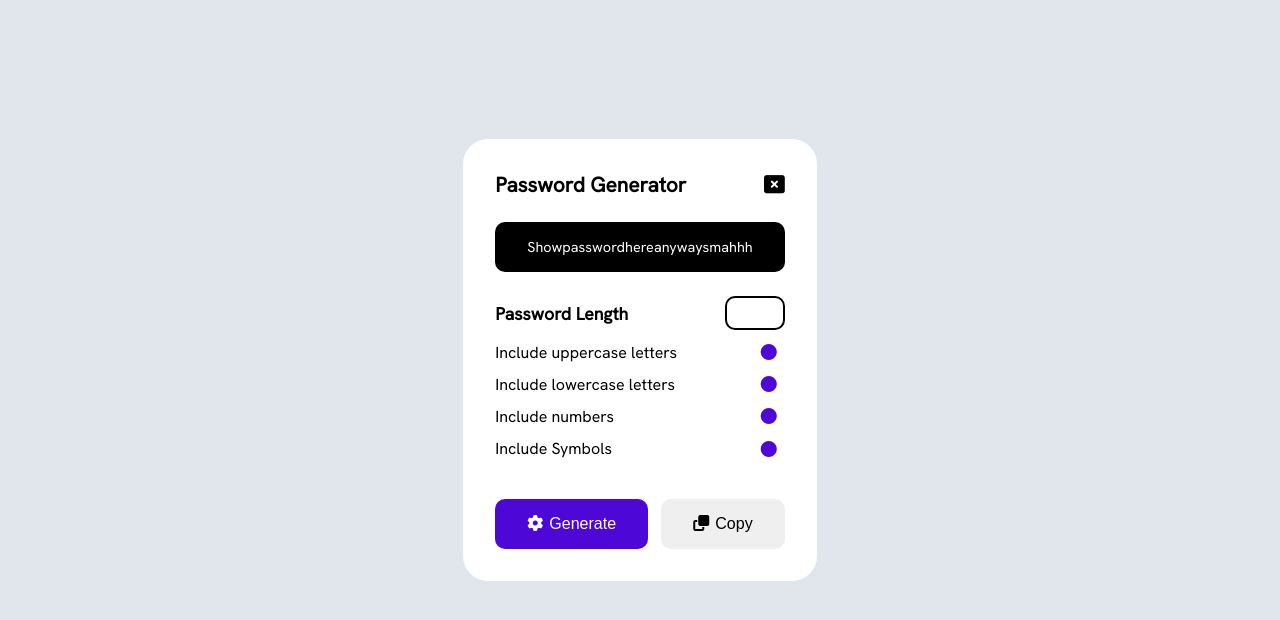
Repository: emiliaiwu/password_generator
Page: index.html
These files come from the project's save history. The page is drawn as it stood at one moment and after the next save; the edit follows.
The browser window is 1280 px wide. The pictures show the whole page.
Some web libraries are served in a nearby version.

Above is the page before, as saved 2022-12-14 04:48:34.

### index.html
<!DOCTYPE html>
<html lang="en">
<head>
    <meta charset="UTF-8">
    <meta http-equiv="X-UA-Compatible" content="IE=edge">
    <meta name="viewport" content="width=device-width, initial-scale=1.0">
    <link rel="stylesheet" href="style.css">
    <script src="https://kit.fontawesome.com/fd9c36575f.js" crossorigin="anonymous"></script>
    <title>Password Generator</title>
</head>
<body>
    <div class="container">
        <div class="title">
            <h2>Password Generator</h2>
            <i class="fa-solid fa-rectangle-xmark"></i>
        </div>

        <div class="display_password">
            <p>Showpasswordhereanywaysmahhh</p>
        </div>

        <div class="password_attributes">
            <div class="password_length">
                <h3>Password Length</h3>
                <input type="text">
            </div>

            <div class="password_includes">
                <ul>
                    <li class="list">
                        <label for="uppercase" id="uppercase_letters">Include uppercase letters
                            <i class="fa-solid fa-circle"></i>
                            <i class="fa-solid fa-circle-check"></i>
                            <input type="checkbox" name="uppercase" id="uppercase" class="uppercase">
                        </label>
                    </li>
                    <li class="list">
                        <label for="lowercase" id="lowercase_letters">Include lowercase letters
                            <i class="fa-solid fa-circle"></i>
                            <i class="fa-solid fa-circle-check"></i>
                            <input type="checkbox" name="lowercase" id="lowercase" class="lowercase">
                        </label>
                    </li>
                    <li class="list">
                        <label for="numbers" id="include_numbers">Include numbers
                            <i class="fa-solid fa-circle"></i>
                            <i class="fa-solid fa-circle-check"></i>
                            <input type="checkbox" name="numbers" id="numbers" class="numbers">
                        </label>

                    </li>
                    <li class="list">
                        <label for="symbols" id="include_symbols">Include Symbols
                            <i class="fa-solid fa-circle"></i>
                            <i class="fa-solid fa-circle-check"></i>
                            <input type="checkbox" name="symbols" id="symbols" class="symbols">
                        </label>

                    </li>
                </ul>
            </div>
        </div>

        <div class="cta">
            <button class="btn generate"><i class="fa-solid fa-gear"></i>Generate</button>
            <button class="btn copy"><i class="fa-solid fa-clone"></i>Copy</button>
        </div>
    </div>
</body>
</html>

### style.css
@import url('https://fonts.googleapis.com/css2?family=Hanken+Grotesk:wght@300;400&display=swap');


* {
    margin: 0;
    padding: 0;
    box-sizing: border-box;
    list-style-type: none;
}


:root {
    --BG-COLOR: #fff;
    --BG-COLOR2:
}


body {
    width: 100vw;
    height: 100vh;
    font-family: 'Hanken Grotesk', sans-serif;
    display: flex;
    align-items: center;
    justify-content: center;
    color: #000;
    background-color: rgb(224, 230, 236);
}

.container {
    background-color: var(--BG-COLOR);
    display: flex;
    flex-direction: column;
    align-items: left;
    justify-content: space-between;
    gap: 1.5rem;
    padding: 2rem;
    border-radius: 25px;

}

h2 {
   font-size: 1.3rem;
   font-family: inherit;
}

h3 {
    font-size: 1.1rem;
    font-family: inherit;
}

.title,
label,
.password_length,
.cta {
    display: flex;
    align-items: center;
    justify-content: space-between;
}

.fa-rectangle-xmark {
    font-size: 1.3rem;
}

.display_password {
    padding: 1rem 2rem;
    border-radius: 10px;
    background: #000000;
    color: #fff;
    overflow: hidden;
}

.display_password p {
    font-size: .9rem;
    word-wrap: break-word;
}

.password_length input[type="text"] {
    width: 60px;
    padding: .3rem .7rem;
    font-size: 1.1rem;
    border: 2px solid #000;
    border-radius: 10px;
}

.password_length input[type="text"]:focus {
    outline: none;
}

.list {
    margin-top: .7rem;

}

.list input[type="checkbox"] {
    /* width: 20px; */
    padding: 1rem;

}

label {
     position: relative;
}

.list .fa-solid {
    position: absolute;
    top: 50%;
    right: 0;
    transform: translate(-50%, -50%);
}

.fa-circle {
    color: #4d08d8;
}

.fa-circle-check{
    opacity: 0;
}

.list input {
    opacity: 0;
}


.btn {
    margin-top: 1rem;
    padding: 1rem 2rem;
    font-size: 1rem;
    border: none;
    border-radius: 10px;

}

.generate {
    background-color:#4d08d8;
    color: #fff;
}

.btn .fa-solid {
    margin-right: 6px;
}

After the next save:
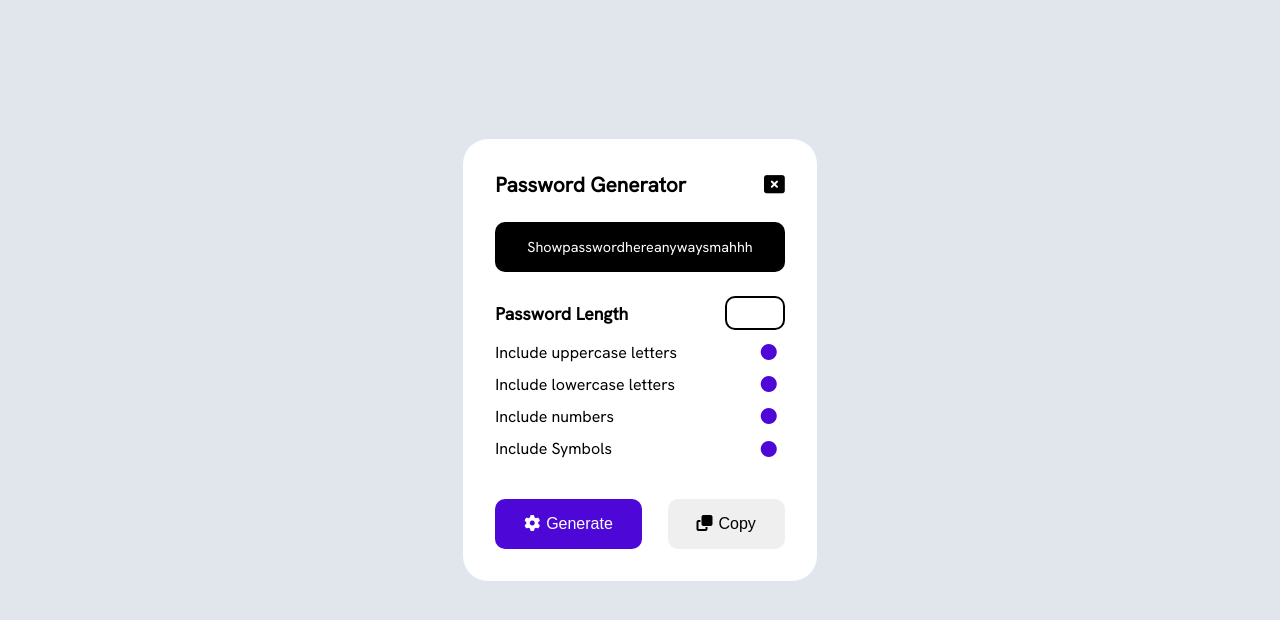
Saved 8 s later.
--- a/style.css
+++ b/style.css
@@ -123,7 +123,7 @@ label {
 
 .btn {
     margin-top: 1rem;
-    padding: 1rem 2rem;
+    padding: 1rem 1.8rem;
     font-size: 1rem;
     border: none;
     border-radius: 10px;
